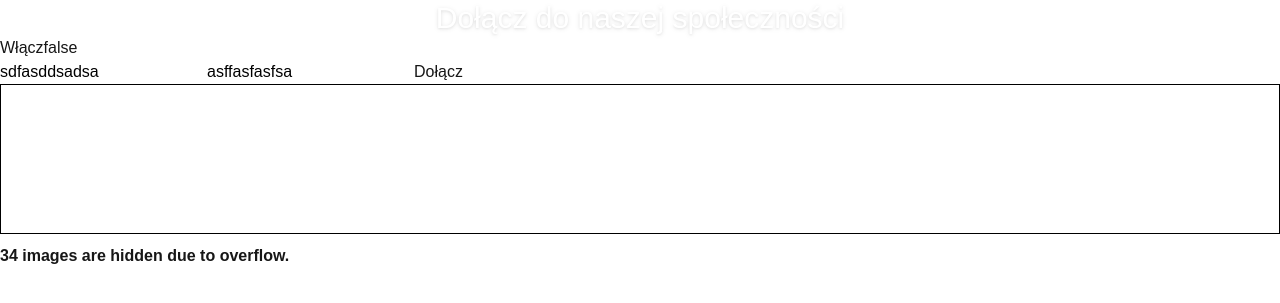
Repository: wesiudev/form-next-example
Page: /overflow-example
The author's editor kept a copy of each file at every save. The page is drawn from the files as they stood at one save, then again after the next save.
The browser window is 1280 px wide. The pictures show the whole page.
The project was rebuilt for these pictures with package versions that can differ from the ones it lists, and the page was loaded fresh each time. The framework's server and built-in components were replaced by stand-ins that run in the browser. Also part of the build but not shown: next.config.mjs.

Above is the page before, as saved 2024-09-11 01:22:37.

### app/overflow-example/page.tsx
"use client";
import React, { useRef, useState, useEffect } from "react";

const OverflowingCats = () => {
  // Create a reference to the parent div
  const parentRef = useRef(null);

  // State to track how many images are hidden
  const [hiddenImages, setHiddenImages] = useState(0);

  // Array of random cat image URLs
  const catImages = [
    "https://cataas.com/cat",
    "https://cataas.com/cat",
    "https://cataas.com/cat",
    "https://cataas.com/cat",
    "https://cataas.com/cat",
    "https://cataas.com/cat",
    "https://cataas.com/cat",
    "https://cataas.com/cat",
    "https://cataas.com/cat",
    "https://cataas.com/cat",
    "https://cataas.com/cat",
    "https://cataas.com/cat",
    "https://cataas.com/cat",
    "https://cataas.com/cat",
    "https://cataas.com/cat",
    "https://cataas.com/cat",
    "https://cataas.com/cat",
    "https://cataas.com/cat",
    "https://cataas.com/cat",
    "https://cataas.com/cat",
    "https://cataas.com/cat",
    "https://cataas.com/cat",
    "https://cataas.com/cat",
    "https://cataas.com/cat",
    "https://cataas.com/cat",
    "https://cataas.com/cat",
    "https://cataas.com/cat",
    "https://cataas.com/cat",
    "https://cataas.com/cat",
    "https://cataas.com/cat",
    "https://cataas.com/cat",
    "https://cataas.com/cat",
    "https://cataas.com/cat",
    "https://cataas.com/cat",

    // Add more URLs as needed
  ];

  // Function to detect which images cause overflow
  const detectOverflow = () => {
    const parentElement: any = parentRef.current;
    if (parentElement) {
      const children: any = Array.from(parentElement.children);
      let hiddenCount = 0;

      // Loop through each image and detect if it's overflowing
      for (let i = 0; i < children.length; i++) {
        const img = children[i];

        // Check if the image's bottom or right edge is outside the parent
        if (
          img.offsetTop + img.offsetHeight > parentElement.clientHeight ||
          img.offsetLeft + img.offsetWidth > parentElement.clientWidth
        ) {
          hiddenCount = catImages.length - i;
          break;
        }
      }

      setHiddenImages(hiddenCount);
    }
  };

  // useEffect to detect overflow after rendering and when resizing
  useEffect(() => {
    detectOverflow(); // Run on mount

    // Handle window resize to recalculate
    const handleResize = () => {
      detectOverflow();
    };

    window.addEventListener("resize", handleResize);

    // Cleanup event listener on unmount
    return () => {
      window.removeEventListener("resize", handleResize);
    };
  }, []);

  return (
    <div>
      <div
        ref={parentRef}
        style={{
          width: "100%",
          height: "150px",
          overflow: "hidden",
          border: "1px solid black",
          display: "flex",
          flexWrap: "wrap",
        }}
      >
        {/* Render cat images */}
        {catImages.map((imgSrc, index) => (
          <>
            {index >= catImages.length - hiddenImages ? null : (
              <img
                key={index}
                src={imgSrc}
                alt={`Cat ${index}`}
                style={{
                  width: "150px",
                  height: "150px",
                  margin: "5px",
                }}
              />
            )}
          </>
        ))}
      </div>

      {/* Display number of hidden images if there are any */}
      {hiddenImages > 0 && (
        <div style={{ marginTop: "10px", fontWeight: "bold" }}>
          {hiddenImages} image{hiddenImages > 1 ? "s" : ""} are hidden due to
          overflow.
        </div>
      )}
    </div>
  );
};

export default OverflowingCats;

### components/Form.tsx
"use client";
import { useState } from "react";
type UserData = {
  fName: string;
  sName: string;
};
export default function Form() {
  const [userData, setUserData] = useState<UserData>({
    fName: "sdfasddsadsa",
    sName: "asffasfasfsa",
  });
  const [isOpen, setOpen] = useState<boolean>(false);
  function sendForm({ fName, sName }: UserData) {
    console.log(`imię: ${fName} nazwisko: ${sName}`);
  }
  return (
    <div>
      <h1 className="text-3xl w-max mx-auto text-white drop-shadow shadow-black">
        Dołącz do naszej społeczności
      </h1>
      <button onClick={() => setOpen(!isOpen)}>Włącz</button>
      {isOpen.toString()}
      <form
        onSubmit={(e: React.FormEvent<HTMLFormElement>) => {
          e.preventDefault();
          sendForm(userData);
        }}
      >
        <input
          className="text-black"
          type="text"
          value={userData.fName}
          onChange={(e: React.ChangeEvent<HTMLInputElement>) =>
            setUserData({ ...userData, fName: e.target.value })
          }
        />
        <input
          className="text-black"
          type="text"
          value={userData.sName}
          onChange={(e: React.ChangeEvent<HTMLInputElement>) =>
            setUserData({ ...userData, sName: e.target.value })
          }
        />
        <button type="submit">Dołącz</button>
      </form>
    </div>
  );
}

Loaded but not shown: app/layout.tsx (common file); app/globals.css (common file); tailwind.config.ts (common file)

After the next save:
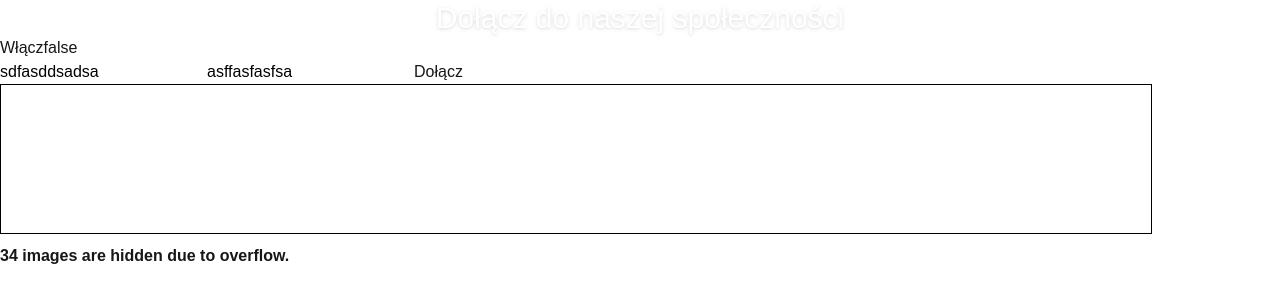
Saved 31 s later.
--- a/app/overflow-example/page.tsx
+++ b/app/overflow-example/page.tsx
@@ -95,7 +95,7 @@ const OverflowingCats = () => {
       <div
         ref={parentRef}
         style={{
-          width: "100%",
+          width: "90%",
           height: "150px",
           overflow: "hidden",
           border: "1px solid black",
